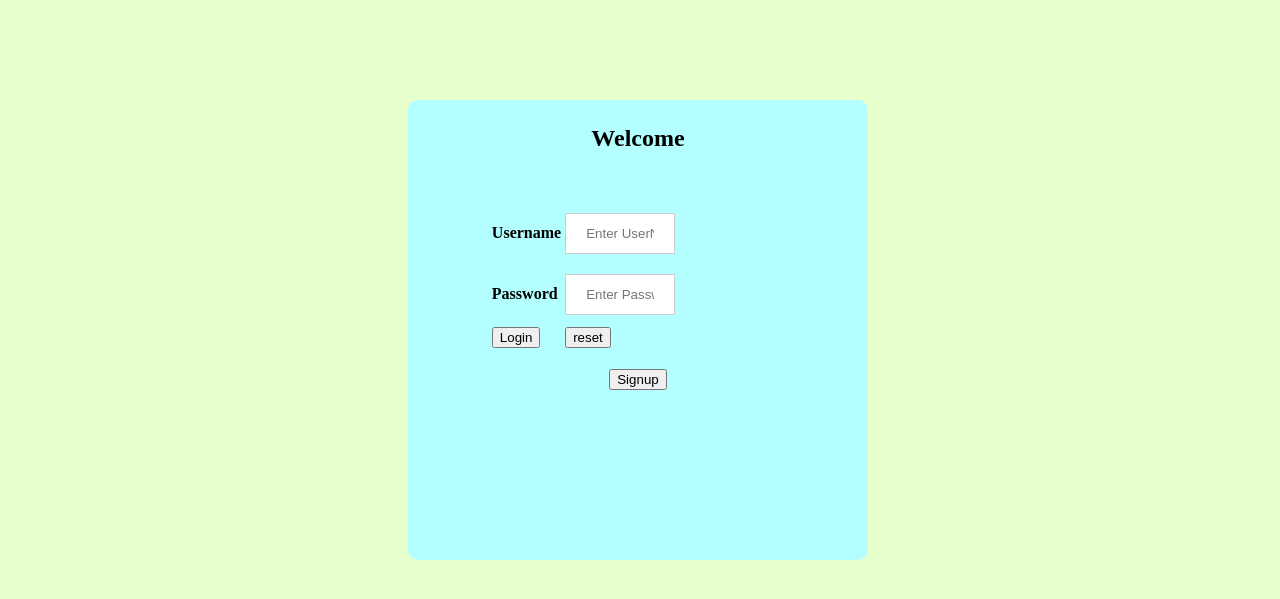
Repository: jagdishpatil18/JavaAdv
Page: Login_App/WebContent/index.html
The author's editor kept a copy of each file at every save. The page is drawn from the files as they stood at one save, then again after the next save.
The browser window is 1280 px wide. The pictures show the whole page.

Above is the page before, as saved 2017-04-28 09:15:38.

### Login_App/WebContent/index.html
<!DOCTYPE html>
<html>
<head>
<meta charset="UTF-8">
<title>Index Page</title>
</head>
<style>
input[type=text], input[type=password] {
	width: 50%;
	padding: 12px 20px;
	margin: 8px 0;
	display: inline-block;
	border: 1px solid #ccc;
	box-sizing: border-box;
}

.div {
	border: 5px solid #b3ffff;
	background-color: #b3ffff;
	width: 450px;
	height: 450px;
	margin-left: 400px;
	margin-top: 100px;
	border-radius: 10px;
}

form {
	margin-top: 50px;
}
</style>

<body bgcolor="#e6ffcc">

	<div class="div">
		<center>
			<h2>
				<bold> Welcome</bold>
			</h2>
			<form action="ServletLogin" method="post">
			<table>
			<tr>
			<td><b>Username</b></td>
			<td><input type="text" placeholder="Enter UserName" name="username" required></td>
			</tr>
			<tr>
			<td><b>Password</td>
			 <td><input type="password" placeholder="Enter Password" name="password" required></td>
			</tr>
			<tr>
			 <td><input type="submit" value="Login"></td>
			 <td><input type="reset"  value ="reset"></td>
			 </tr>
			</table>
			</form>

			<br> <label> <a href="signup.html"><button>Signup</button></a></label>
		</center>
	</div>

</body>
</html>

After the next save:
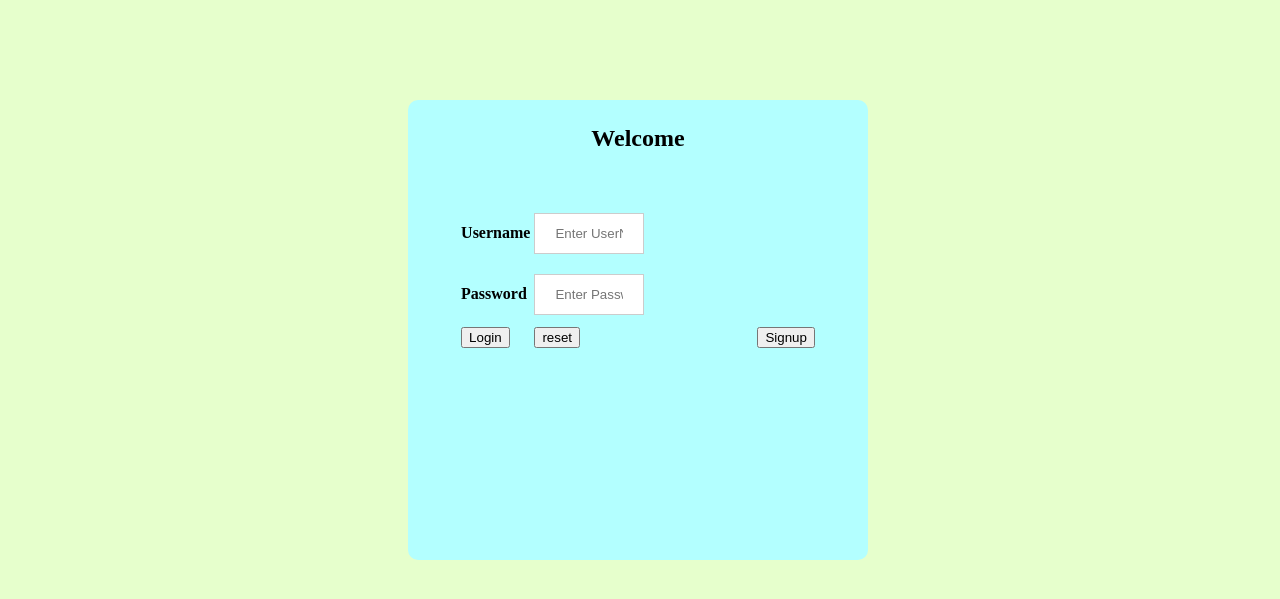
Saved 68 s later.
--- a/Login_App/WebContent/index.html
+++ b/Login_App/WebContent/index.html
@@ -49,11 +49,12 @@ form {
 			<tr>
 			 <td><input type="submit" value="Login"></td>
 			 <td><input type="reset"  value ="reset"></td>
+			  <td><a href="signup.html"><button>Signup</button></a></td>
 			 </tr>
 			</table>
 			</form>
 
-			<br> <label> <a href="signup.html"><button>Signup</button></a></label>
+
 		</center>
 	</div>
 
